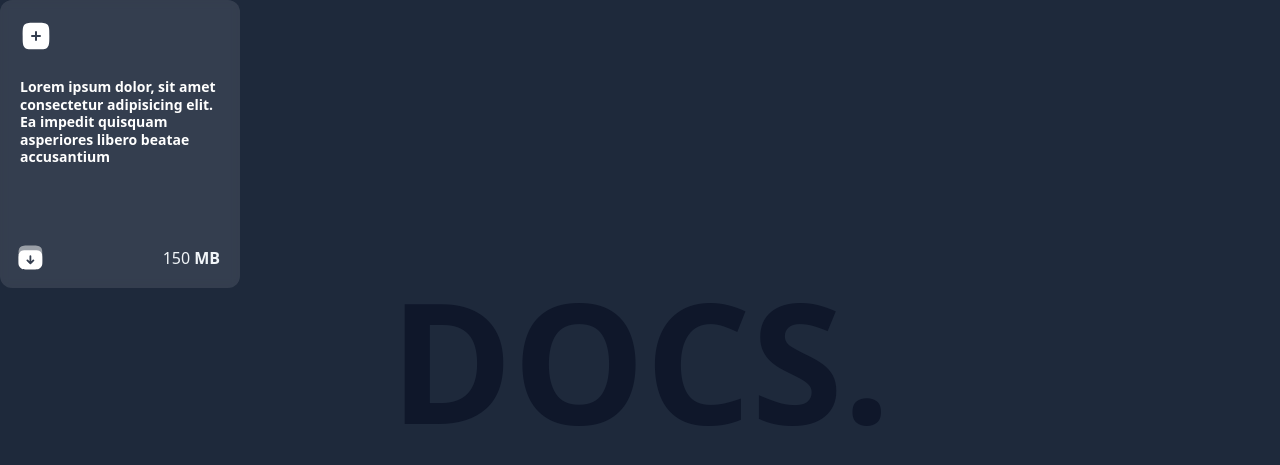
Repository: aliakbarmotallebi/framer-react
Page: /
The author's editor kept a copy of each file at every save. The page is drawn from the files as they stood at one save, then again after a run of saves.
The browser window is 1280 px wide. The pictures show the whole page.
The project was rebuilt for these pictures with package versions that can differ from the ones it lists, and the page was loaded fresh each time.

Above is the page before, as saved 2024-08-14 22:48:56.

After the next 2 saves:
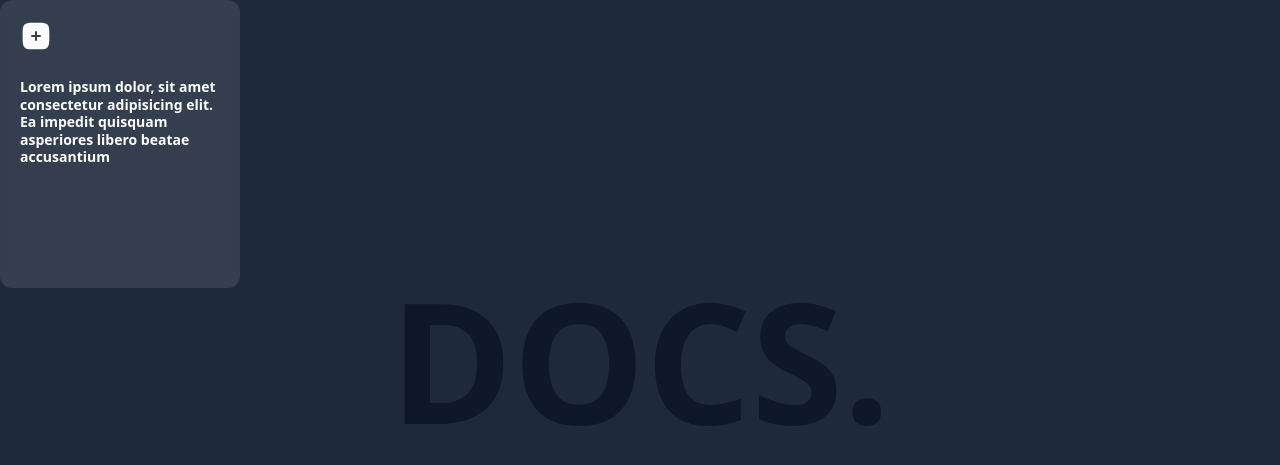
The 2 saves are shown as one change because 1 did not build or start.
The last was saved 115 s later.
--- a/src/components/Card.jsx
+++ b/src/components/Card.jsx
@@ -1,7 +1,7 @@
 import React, { Component } from 'react';
 import { motion } from "framer-motion";
 
-const Card = () => {
+const Card = ({ isDownload }) => {
     return (
         <motion.div drag className="w-60 h-72 rounded-xl bg-white/10 backdrop-blur-sm p-5 text-white relative overflow-hidden">
             <button>
@@ -12,6 +12,7 @@
             </p>
             <div className="footer absolute bottom-0 w-full py-2 left-0">
                 <button className="text-white p-2 font-medium w-full">
+                    {isDownload && (
                     <div className="flex justify-between items-center w-full px-2">
                     <svg xmlns="http://www.w3.org/2000/svg" width="1.8em" height="1.8em" className="fill-current" viewBox="0 0 24 24"><path fill="currentColor" d="M12 2c4.713 0 7.07 0 8.535 1.464c.757.758 1.123 1.754 1.3 3.192V10H2.164V6.656c.176-1.438.541-2.434 1.299-3.192C4.928 2 7.285 2 11.999 2" opacity="0.5"/><path fill="currentColor" fill-rule="evenodd" d="M2 14c0-2.8 0-4.2.545-5.27A5 5 0 0 1 4.73 6.545C5.8 6 7.2 6 10 6h4c2.8 0 4.2 0 5.27.545a5 5 0 0 1 2.185 2.185C22 9.8 22 11.2 22 14s0 4.2-.545 5.27a5 5 0 0 1-2.185 2.185C18.2 22 16.8 22 14 22h-4c-2.8 0-4.2 0-5.27-.545a5 5 0 0 1-2.185-2.185C2 18.2 2 16.8 2 14m10.75-3a.75.75 0 0 0-1.5 0v4.19l-1.22-1.22a.75.75 0 1 0-1.06 1.06l2.5 2.5a.75.75 0 0 0 1.06 0l2.5-2.5a.75.75 0 1 0-1.06-1.06l-1.22 1.22z" clip-rule="evenodd"/></svg>
                         <h5 className="text-slate-100 ml-auto">
@@ -21,6 +22,8 @@
                             </span>
                         </h5>
                     </div>
+                    )}
+
                 </button>
             </div>
         </motion.div>

After the save that followed:
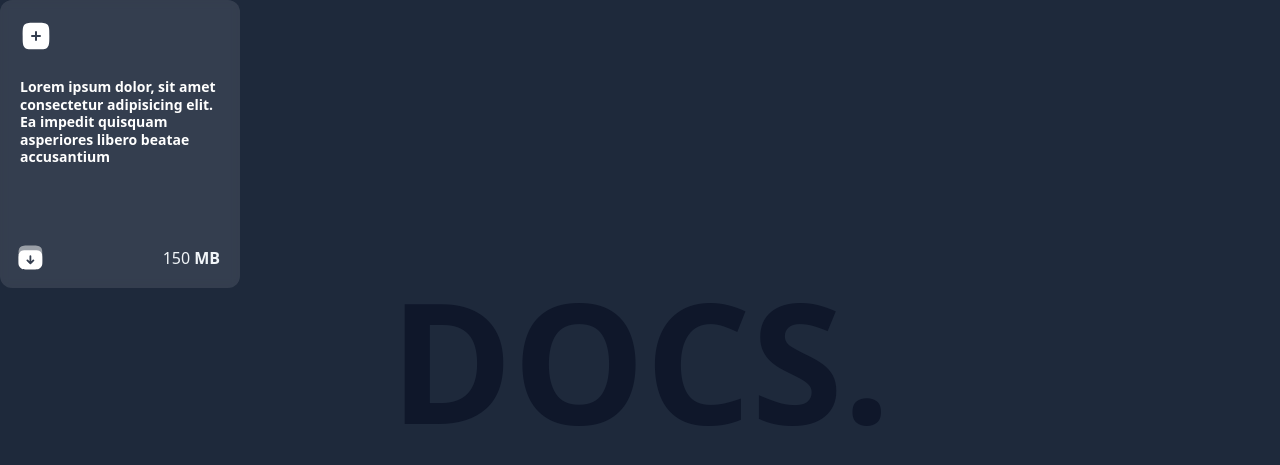
Saved 89 s later.
--- a/src/components/Card.jsx
+++ b/src/components/Card.jsx
@@ -12,9 +12,11 @@
             </p>
             <div className="footer absolute bottom-0 w-full py-2 left-0">
                 <button className="text-white p-2 font-medium w-full">
-                    {isDownload && (
+                    {isDownload ? (
+                        <h5>Download Now</h5>
+                    ): (
                     <div className="flex justify-between items-center w-full px-2">
-                    <svg xmlns="http://www.w3.org/2000/svg" width="1.8em" height="1.8em" className="fill-current" viewBox="0 0 24 24"><path fill="currentColor" d="M12 2c4.713 0 7.07 0 8.535 1.464c.757.758 1.123 1.754 1.3 3.192V10H2.164V6.656c.176-1.438.541-2.434 1.299-3.192C4.928 2 7.285 2 11.999 2" opacity="0.5"/><path fill="currentColor" fill-rule="evenodd" d="M2 14c0-2.8 0-4.2.545-5.27A5 5 0 0 1 4.73 6.545C5.8 6 7.2 6 10 6h4c2.8 0 4.2 0 5.27.545a5 5 0 0 1 2.185 2.185C22 9.8 22 11.2 22 14s0 4.2-.545 5.27a5 5 0 0 1-2.185 2.185C18.2 22 16.8 22 14 22h-4c-2.8 0-4.2 0-5.27-.545a5 5 0 0 1-2.185-2.185C2 18.2 2 16.8 2 14m10.75-3a.75.75 0 0 0-1.5 0v4.19l-1.22-1.22a.75.75 0 1 0-1.06 1.06l2.5 2.5a.75.75 0 0 0 1.06 0l2.5-2.5a.75.75 0 1 0-1.06-1.06l-1.22 1.22z" clip-rule="evenodd"/></svg>
+                        <svg xmlns="http://www.w3.org/2000/svg" width="1.8em" height="1.8em" className="fill-current" viewBox="0 0 24 24"><path fill="currentColor" d="M12 2c4.713 0 7.07 0 8.535 1.464c.757.758 1.123 1.754 1.3 3.192V10H2.164V6.656c.176-1.438.541-2.434 1.299-3.192C4.928 2 7.285 2 11.999 2" opacity="0.5"/><path fill="currentColor" fill-rule="evenodd" d="M2 14c0-2.8 0-4.2.545-5.27A5 5 0 0 1 4.73 6.545C5.8 6 7.2 6 10 6h4c2.8 0 4.2 0 5.27.545a5 5 0 0 1 2.185 2.185C22 9.8 22 11.2 22 14s0 4.2-.545 5.27a5 5 0 0 1-2.185 2.185C18.2 22 16.8 22 14 22h-4c-2.8 0-4.2 0-5.27-.545a5 5 0 0 1-2.185-2.185C2 18.2 2 16.8 2 14m10.75-3a.75.75 0 0 0-1.5 0v4.19l-1.22-1.22a.75.75 0 1 0-1.06 1.06l2.5 2.5a.75.75 0 0 0 1.06 0l2.5-2.5a.75.75 0 1 0-1.06-1.06l-1.22 1.22z" clip-rule="evenodd"/></svg>
                         <h5 className="text-slate-100 ml-auto">
                             150
                             <span className="font-bold px-1">
@@ -23,7 +25,6 @@
                         </h5>
                     </div>
                     )}
-
                 </button>
             </div>
         </motion.div>
